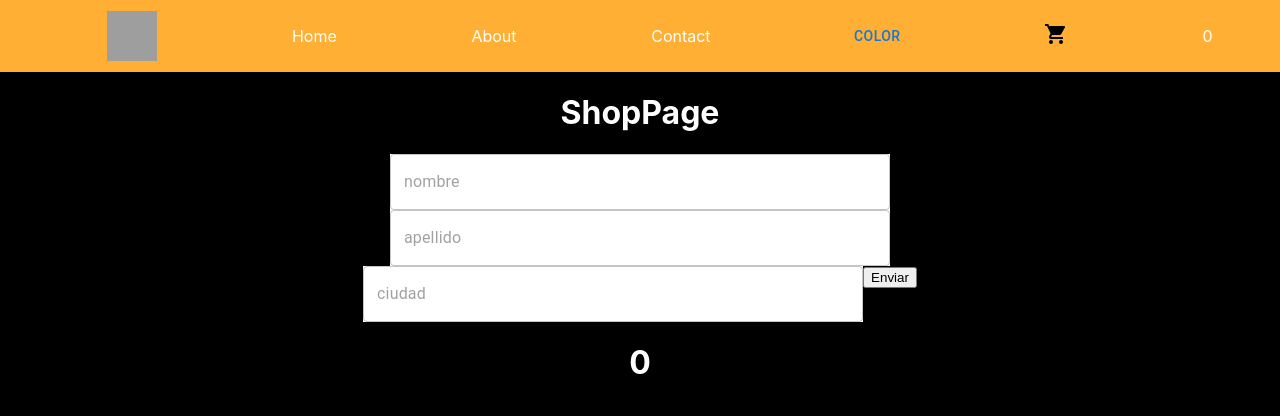
Repository: Toydrum/React-Hector-Coronado-EntregaFinal
Page: /shop
These files come from the project's save history. The page is drawn as it stood at one moment and after the next save; the edit follows.
The browser window is 1280 px wide. The pictures show the whole page.
Pictures or frames that could not be fetched are drawn as grey boxes. The project was rebuilt for these pictures with package versions that can differ from the ones it lists, and the page was loaded fresh each time. Also part of the build but not shown: vite.config.js, src/components/Button/Button.css, src/components/Button/Button.jsx, src/components/CardUser/CardUser.css, src/components/CardUser/CardUser.jsx, src/components/CardList/CardList.jsx, src/pages/HomePage/HomePage.jsx, src/pages/ContactPage/ContactPage.jsx and 4 more.

Above is the page before, as saved 2023-07-19 14:17:33.

After the next save:
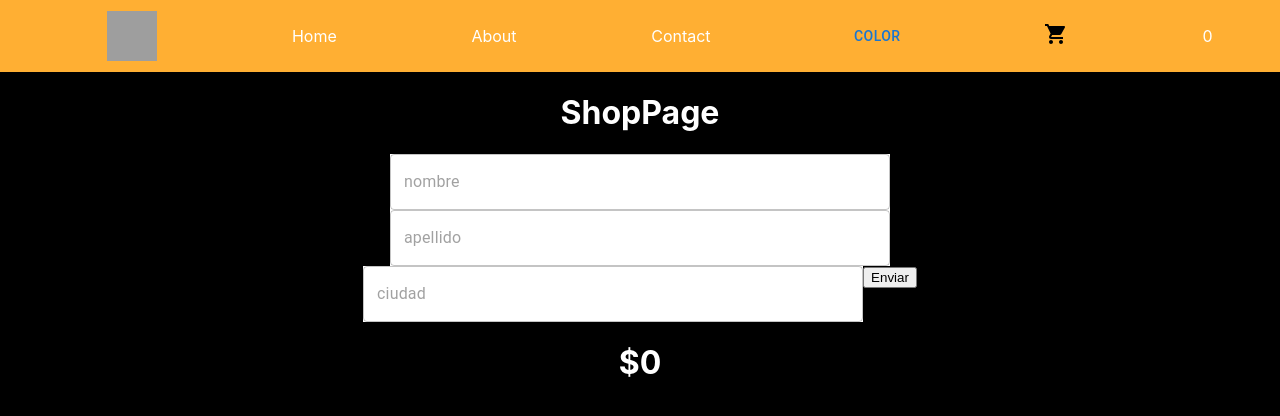
Saved 10 s later.
--- a/src/pages/ShopPage/ShopPage.jsx
+++ b/src/pages/ShopPage/ShopPage.jsx
@@ -87,7 +87,7 @@ const ShopPage = () => {
             Enviar
           </button>
         </form>
-        <h1 className="total">{total}</h1>
+        <h1 className="total">${total}</h1>
         <div className="Cards-List">
           {gatoState.shoppingCart && gatoState.shoppingCart.length > 0 ? (
             gatoState.shoppingCart.map((gato) => {
